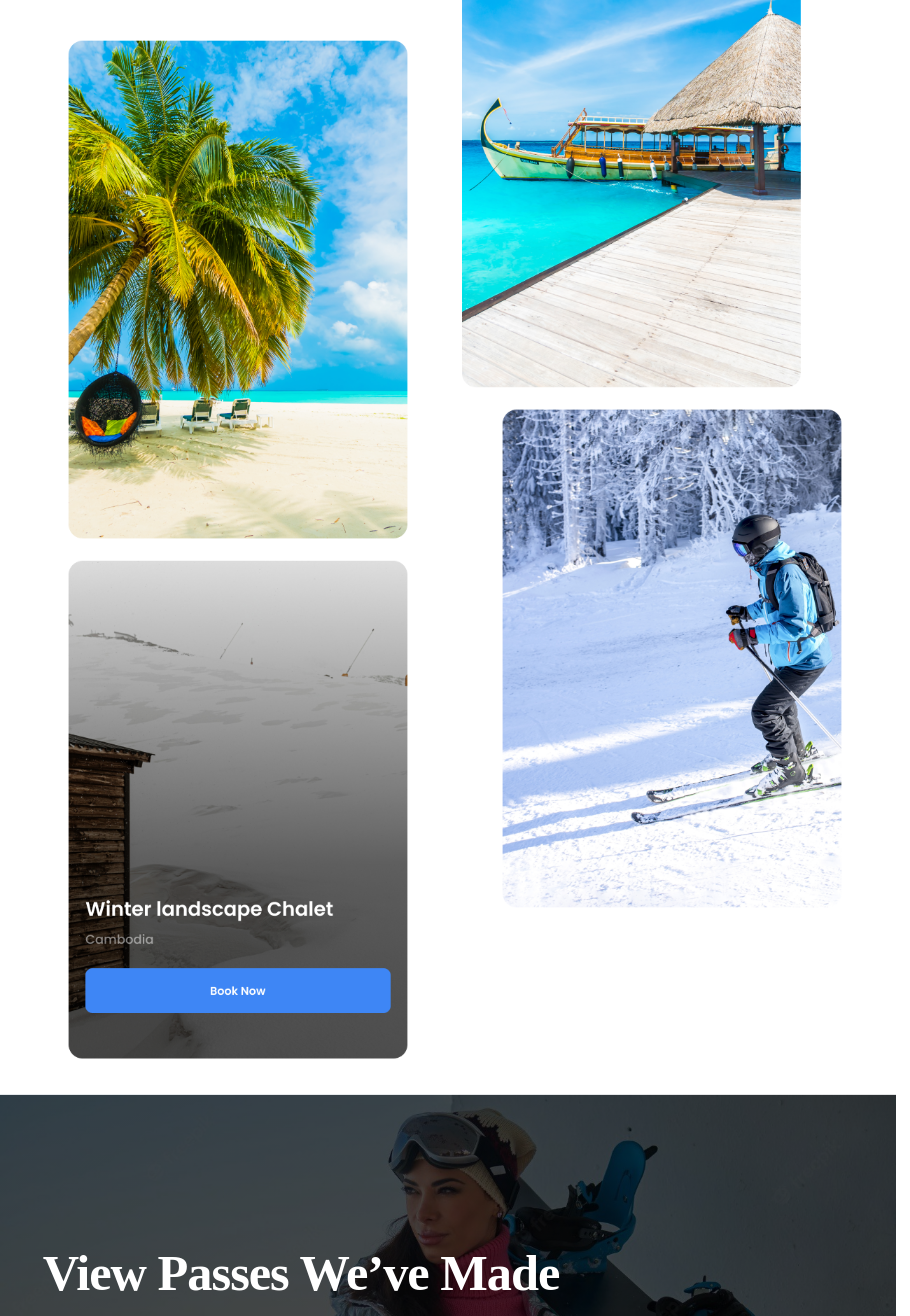
Repository: swissjake/arctic-travel-agency
Page: /
The author's editor kept a copy of each file at every save. The page is drawn from the files as they stood at one save, then again after a run of saves.
The browser window is 1280 px wide. The page is 1300 px wide, so the pictures cover 1300 px, including what lies to the right of the window. The pictures show the part of the page from y = 2963 to 4843 px (the page is 6009 px tall), at 70% of full size.
The project was rebuilt for these pictures with package versions that can differ from the ones it lists, and the page was loaded fresh each time. Also part of the build but not shown: src/App.css.

Above is the page before, as saved 2022-05-04 17:47:49.

After the next 2 saves:
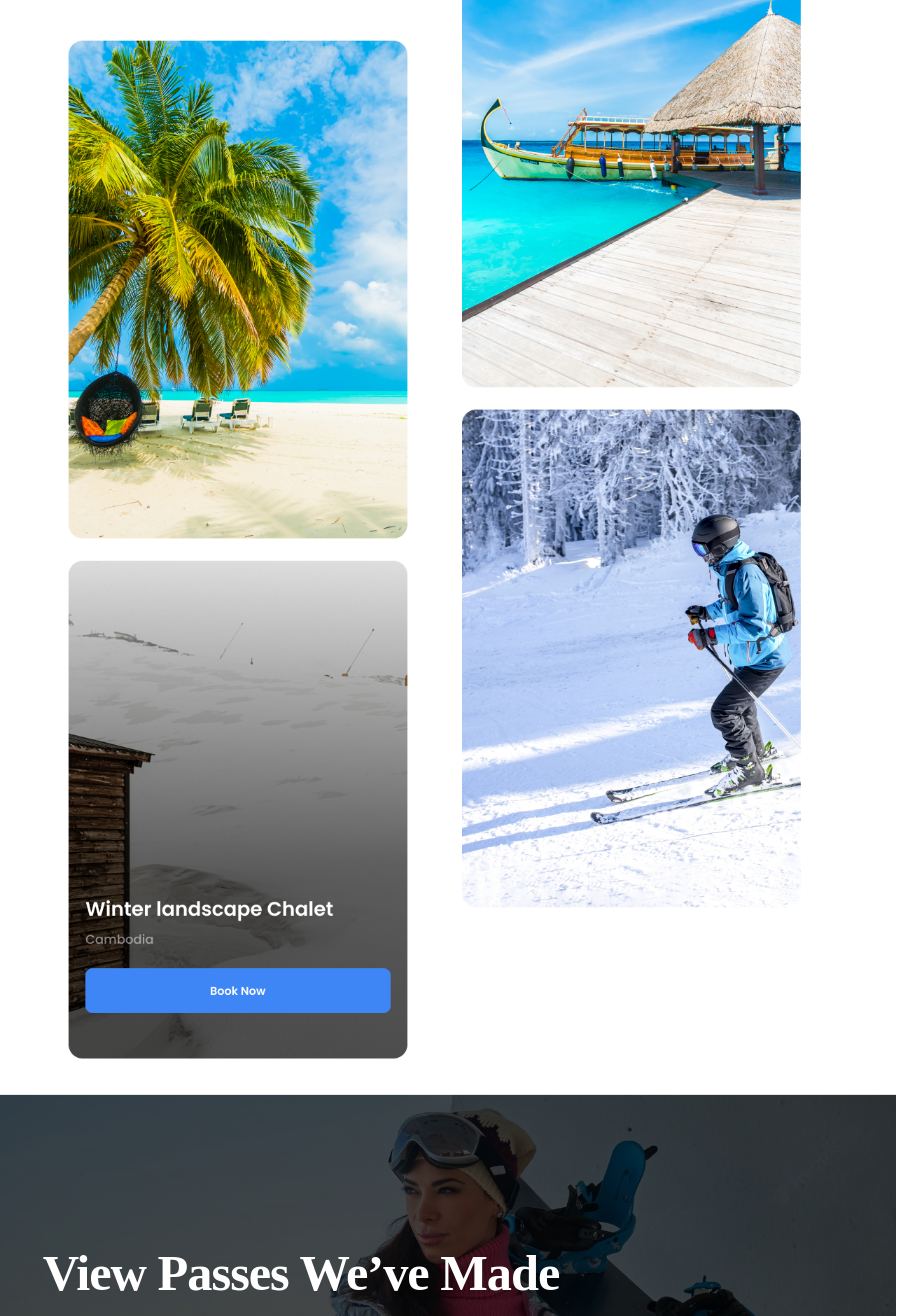
The 2 saves are shown as one change because they came seconds apart.
The last was saved 7 s later.
--- a/src/components/Resort/Resort.tsx
+++ b/src/components/Resort/Resort.tsx
@@ -20,7 +20,7 @@ const Resort = () => {
 
 <div className="flex-1">
 <img src={picture3} className="mb-5 mb-[32px] md:mx-0 mx-auto" alt="" />
-<img src={picture4} className="mx-auto" alt="" />
+<img src={picture4} className="mx-auto md:mx-0" alt="" />
 </div>
 
   </div>
